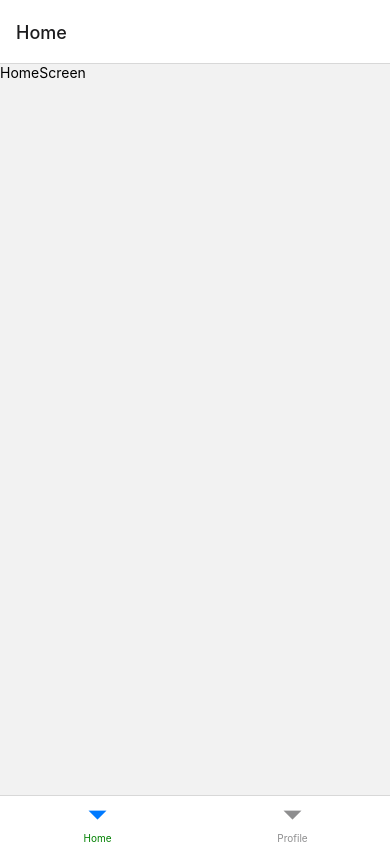
Repository: Deyvid-Kasteh/Spotify_Clone_1.0
Screen: /
The author's editor kept a copy of each file at every save. The screen is drawn from the files as they stood at one save, then again after a run of saves.
The app was drawn by React Native's web renderer in a window 390 px wide. The project was rebuilt for these pictures with package versions that can differ from the ones it lists, and the page was loaded fresh each time. Also part of the build but not shown: screens/ProfileScreen.js.

Above is the screen before, as saved 2023-07-28 18:50:33.

### App.js
import { StatusBar } from "expo-status-bar";
import { StyleSheet, Text, View } from "react-native";
import BottomTabs from "./StackNavigator";
import { NavigationContainer } from "@react-navigation/native";

export default function App() {
  return (
    <NavigationContainer style={styles.container}>
      {/* <Text>teste</Text> */}
      <StatusBar style="auto" />
      <BottomTabs />
    </NavigationContainer>
  );
}

const styles = StyleSheet.create({
  container: {
    flex: 1,
    backgroundColor: "#fff",
    alignItems: "center",
    justifyContent: "center",
  },
});

### StackNavigator.js
import { createBottomTabNavigator } from "@react-navigation/bottom-tabs";
import HomeScreen from "./screens/HomeScreen";
import ProfileScreen from "./screens/ProfileScreen";
import { Ionicons } from "@expo/vector-icons";

const Tab = createBottomTabNavigator();

export default function BottomTabs() {
  return (
    <Tab.Navigator>
      <Tab.Screen
        name="Home"
        component={HomeScreen}
        options={{
          tabBarLabel: "Home",
            headerShown: true,
          tabBarLabelStyle: {color: "green"}
        }}
      />
      <Tab.Screen
        name="ProfileScreen"
        component={ProfileScreen}
        options={{
          tabBarLabel: "Profile",
            headerShown: true,

        }}
      />
    </Tab.Navigator>
  );
}

Loaded but not shown: screens/HomeScreen.js (common file)

After the next 5 saves:
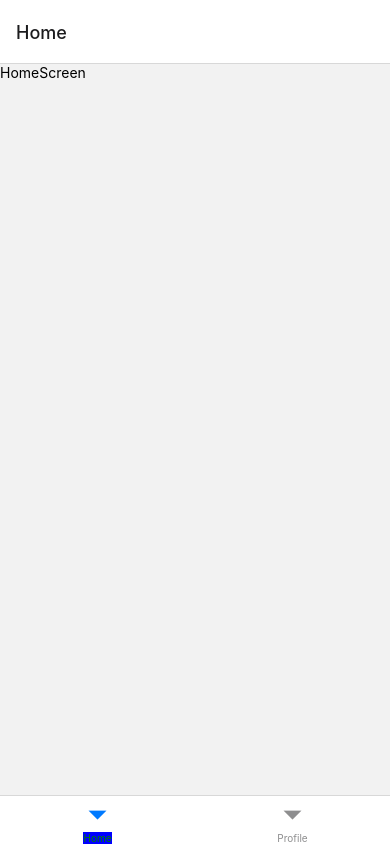
The 5 saves are shown as one change because 2 did not build or start and some came seconds apart.
The last was saved 17 s later.
--- a/StackNavigator.js
+++ b/StackNavigator.js
@@ -14,7 +14,7 @@
         options={{
           tabBarLabel: "Home",
             headerShown: true,
-          tabBarLabelStyle: {color: "green"}
+          tabBarLabelStyle: {color: "green", backgroundColor: "blue"}
         }}
       />
       <Tab.Screen

After the save that followed:
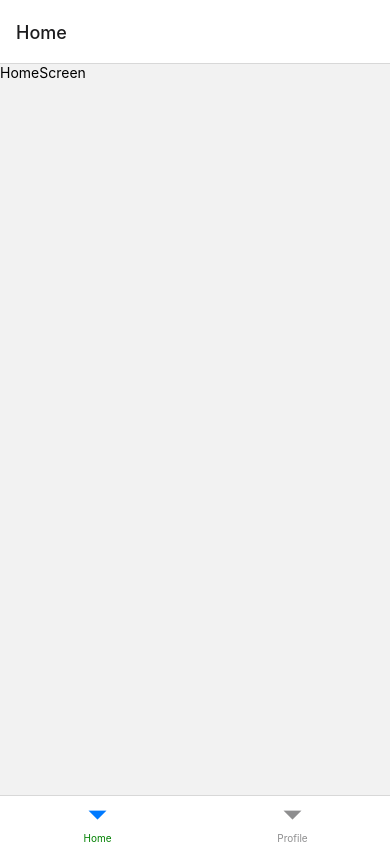
Saved 21 s later.
--- a/StackNavigator.js
+++ b/StackNavigator.js
@@ -14,7 +14,7 @@
         options={{
           tabBarLabel: "Home",
             headerShown: true,
-          tabBarLabelStyle: {color: "green", backgroundColor: "blue"}
+          tabBarLabelStyle: {color: "green", }
         }}
       />
       <Tab.Screen
